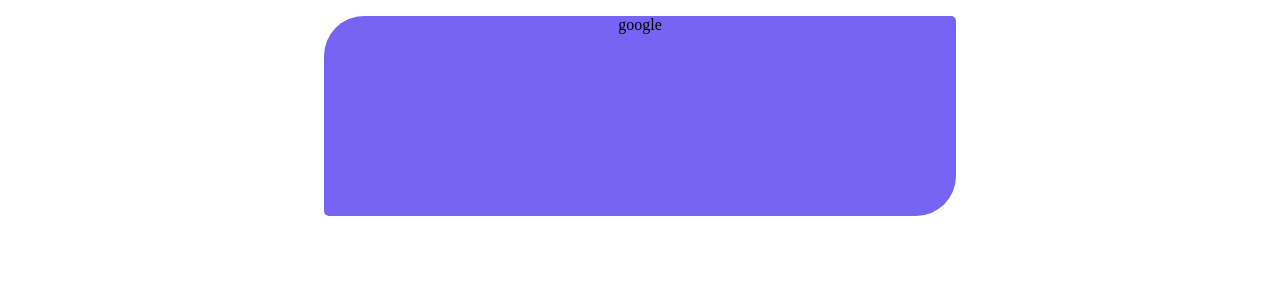
Repository: Aakarshit-Sharma19/Basic-HTML-and-CSS-Page-
Page: index.html
An editor plug-in stored every save of this project. The page is shown before and after the next save, followed by the edit.
The browser window is 1280 px wide. The pictures show the whole page.

Above is the page before, as saved 2020-11-08 10:58:50.

After the next save:
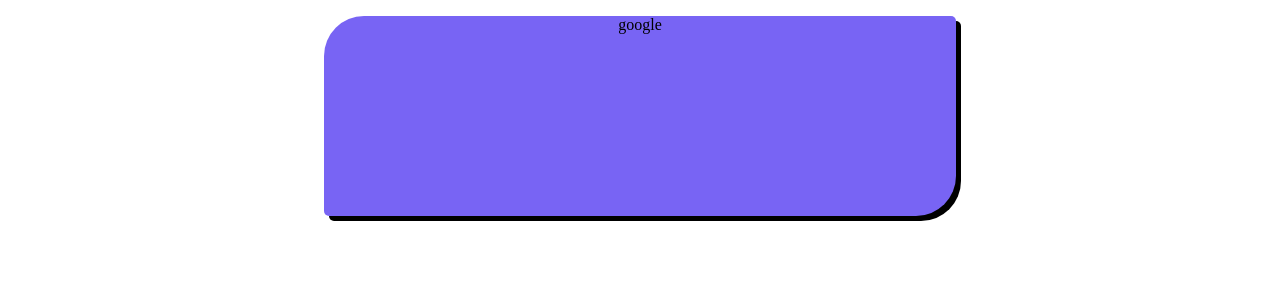
Saved 25 s later.
--- a/index.html
+++ b/index.html
@@ -13,7 +13,7 @@
             height: 200px;
             background: #7864F4;
             border-radius: 40px 5px 40px 5px;
-            box-shadow: #7864F4;
+            box-shadow: 5px 5px ;
         }
     </style>
 </head>
